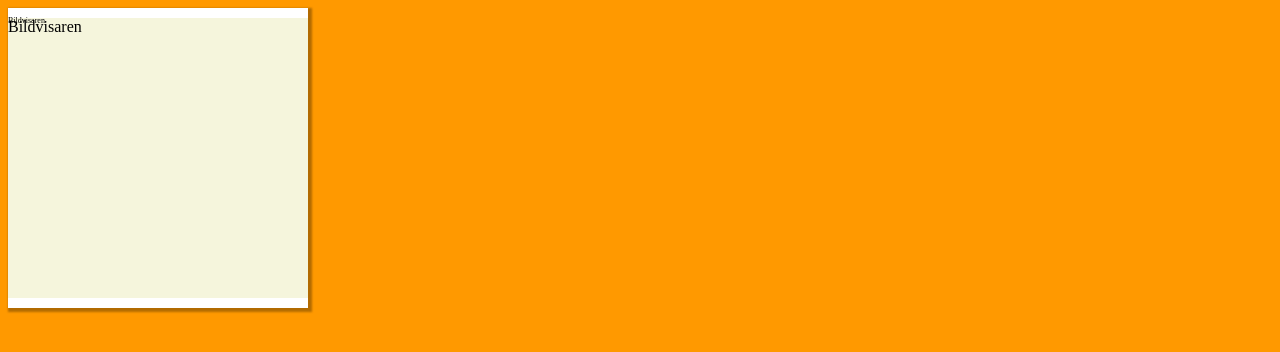
Repository: mi222ep/1dv403-laborationer
Page: 5-projektet/index.html
The author's editor kept a record of every edit. The page is drawn from the files as they stood at one moment, then again after the next edit.
The browser window is 1280 px wide. The pictures show the whole page.
The page's requests for data from a server got no answer.

Above is the page before.

### 5-projektet/index.html
<!DOCTYPE html>
<html lang="sv">
<head>
	<meta charset="UTF-8" />
 	<title>Labb 5</title>
 	<link rel="stylesheet" href="css/style.css" type="text/css" />
    <script type="text/javascript" src="script/myWindow.js"></script>
    <script type="text/javascript" src="script/imageviewer.js"></script>
</head>
<body>
    <div id="pageContent">

    </div>
</body>
</html>

### 5-projektet/css/style.css
body{
    background-color: #FF9900;
    font-family: comic sans MS;
    }

h1{
     color: #097054;
     font-size: 3em;
     text-shadow: 2px 2px gray;
}
h1, h2, h3{

    text-align: center;
}
input{
    background-color: #097054;
    color: white;
    font: bold 11px comic sans MS;
    cursor: pointer;
    border-radius: 4px;

}
td{
    padding: 5px;
}
#wrapper{
    width: 1000px;
    height: 500px;
    margin: 0 auto;
}
#question{
    padding: 20px;
    border: 2px dotted;

}
#restart{
    margin-top: 10px;
    float: right;
    background-color: gray;
}

#dragme{
position:absolute;
display:none;
height:100px;
width:100px;
background-color:#eee;
border:1px solid black;
border-radius:15px;
text-align:center;
}

.thumbImg{
    border-radius: 10px;
    overflow: hidden;
    float: left;
    background: white;
    margin: 10px;
}
.thumbImg img{
    margin-left: auto;
    margin-right: auto;
    display: block;
}
.myWindow{
    width: 300px;
    height: 300px;
    background-color: beige;
    position: relative;
    box-shadow: 2px 2px 2px 2px rgba(0,0,0,0.3);
}
.topBar{
    font-size: 0.5em;
    background-color: white;
    width: 100%;
    position: absolute;
    top: 0;
    height: 10px;
}
.content{
    width: 100%;
    position: absolute;
    overflow-y: scroll;
    top:  10px;
    bottom: 10px;
}
.bottomBar{
    background-color: white;
    width: 100%;
    position: absolute;
    bottom: 0;
    height: 10px;
}

### 5-projektet/script/myWindow.js
console.log("ok");
var myWindow = {
    init: function(typeOfWindow, name, ID){

        var div  = document.createElement("div");
        var content = document.createElement("div");
        var topBar = document.createElement("div");
        var bottomBar = document.createElement("div");
        var topText = document.createElement("p");


        div.setAttribute("class", "myWindow");
        content.setAttribute("id", typeOfWindow + ID);
        content.setAttribute("class", "content");
        topBar.setAttribute("class", "topBar");
        bottomBar.setAttribute("class", "bottomBar");
        topBar.appendChild(topText);
        topText.innerHTML = name;
        content.innerHTML = name;
        div.appendChild(topBar);
        div.appendChild(content);
        div.appendChild(bottomBar);
        var page = document.getElementById("pageContent");
        page.appendChild(div);

        renderImageViewer();


    }
};

window.onload = function(){ myWindow.init("imageviewer", "Bildvisaren", 1)};

### 5-projektet/script/imageviewer.js
var width = 0;
var height = 0;

function renderImageViewer(){

    var image = new XMLHttpRequest();

    image.onreadystatechange = function(){
        if(image.readyState === 4 && image.status === 200){

         var imageInfo = JSON.parse(image.responseText);
         console.log(imageInfo);
         var arrLength  = imageInfo.length;
         for(var i = 0; i< arrLength; i+=1){
             console.log(imageInfo[i].URL);
             getMaxWidthAndLength(imageInfo[i].thumbWidth, imageInfo[i].thumbHeight);
             renderImage(imageInfo[i]);
         }
         console.log(width);
         console.log(height);
        }
    };

    image.open("GET", "http://homepage.lnu.se/staff/tstjo/labbyServer/imgviewer/", true);
    image.send(null);

}
function getMaxWidthAndLength(picWidth, picHeight){
    if(picWidth>width){
        width = picWidth;
    }
    if(picHeight>height){
        height = picHeight;
    }

}
function renderImage(imgObject){
    var a = document.createElement("a");
    var frame = document.createElement("div");
    var img = document.createElement("img");
    img.setAttribute("src", imgObject.thumbURL);
    frame.style.width = width+'px';
    frame.style.height = height+'px';

    frame.setAttribute("class",  "thumbImg");
    a.setAttribute("href", "#");
    a.appendChild(frame);

    a.addEventListener("click", function() {clickingA(imgObject.URL)});

    frame.appendChild(img);

    var imageSpace = document.getElementById("imageviewer1");
    imageSpace.appendChild(a);

}
function clickingA(imgURL){
    document.body.style.background = 'url(\"'+imgURL+'\")';
}
//window.onload = renderImageViewer();

After the next edit:
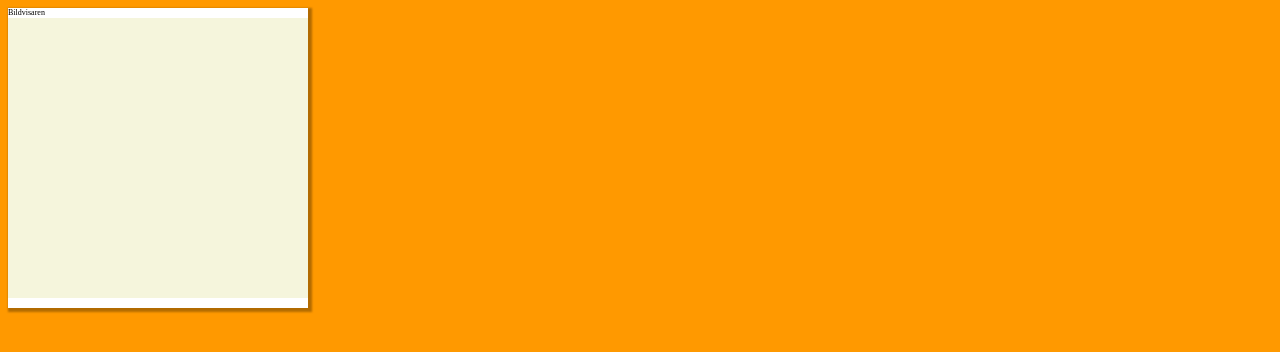
The edit:
--- a/5-projektet/script/myWindow.js
+++ b/5-projektet/script/myWindow.js
@@ -15,8 +15,7 @@
         topBar.setAttribute("class", "topBar");
         bottomBar.setAttribute("class", "bottomBar");
         topBar.appendChild(topText);
-        topText.innerHTML = name;
-        content.innerHTML = name;
+        topBar.innerHTML = name;
         div.appendChild(topBar);
         div.appendChild(content);
         div.appendChild(bottomBar);
